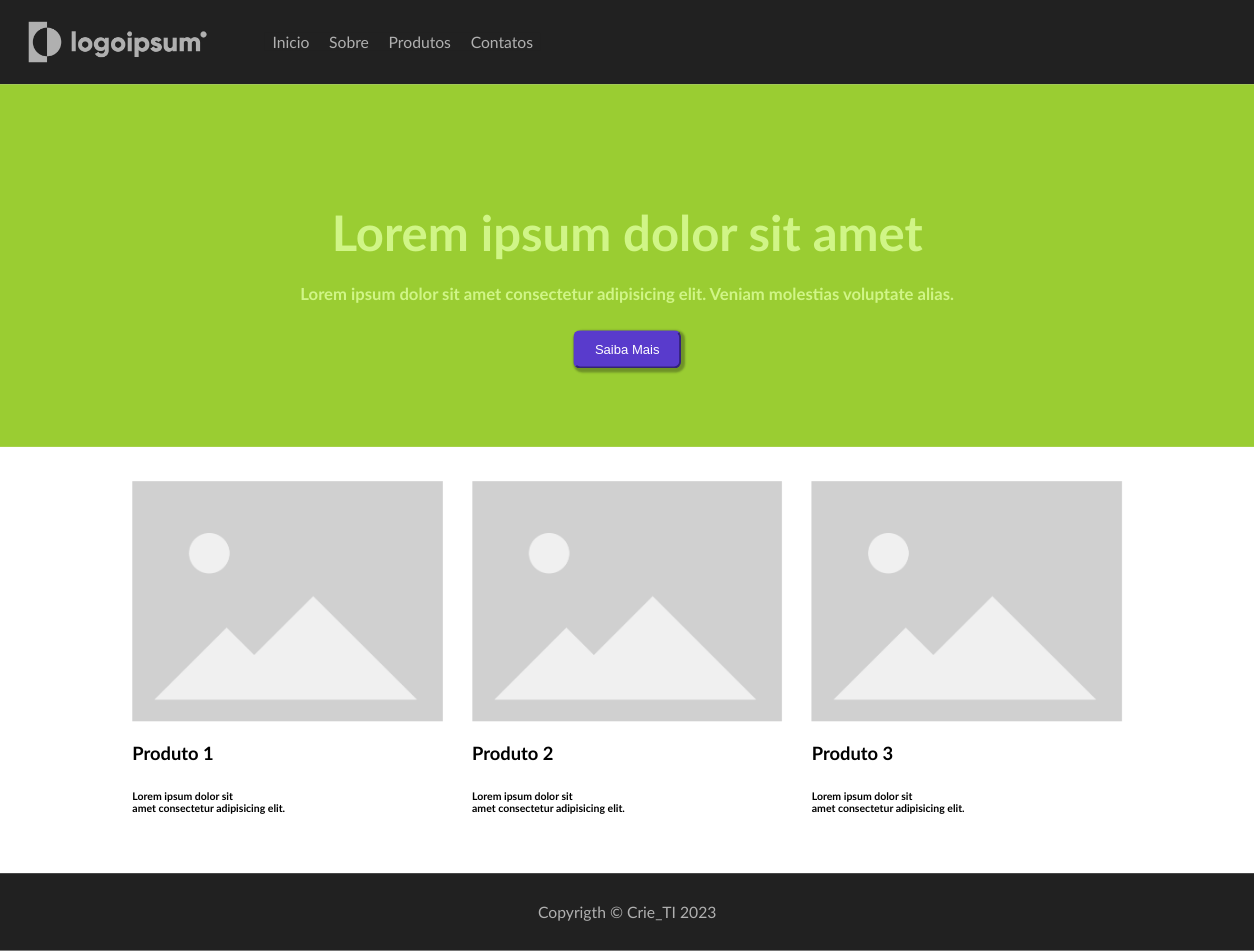
Repository: robsonwssantos/Projeto_Olaria
Page: Exercicios/ex.01/index.html
An editor plug-in stored every save of this project. The page is shown before and after the next save, followed by the edit.
The browser window is 1280 px wide. The pictures show the whole page, at 98% of full size.

Above is the page before, as saved 2023-04-21 13:15:59.

After the next save:
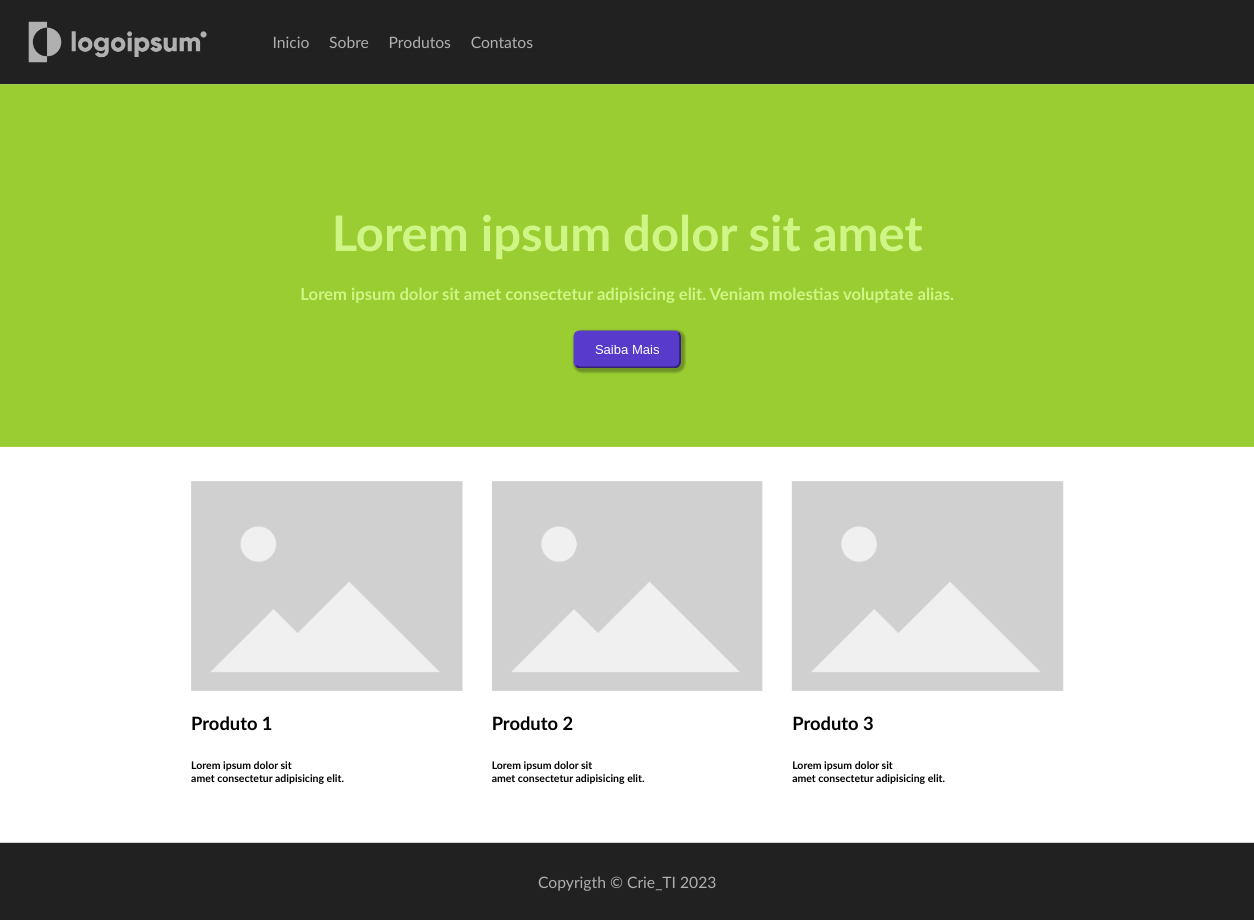
Saved 50 s later.
--- a/Exercicios/ex.01/index.html
+++ b/Exercicios/ex.01/index.html
@@ -77,7 +77,7 @@
 
 
         .container {
-            margin: 20px 120px 20px 120px;
+            margin: 20px 180px 20px 180px;
             display: flex;
             border-top: none;
             padding-top: 0;

After the save that followed:
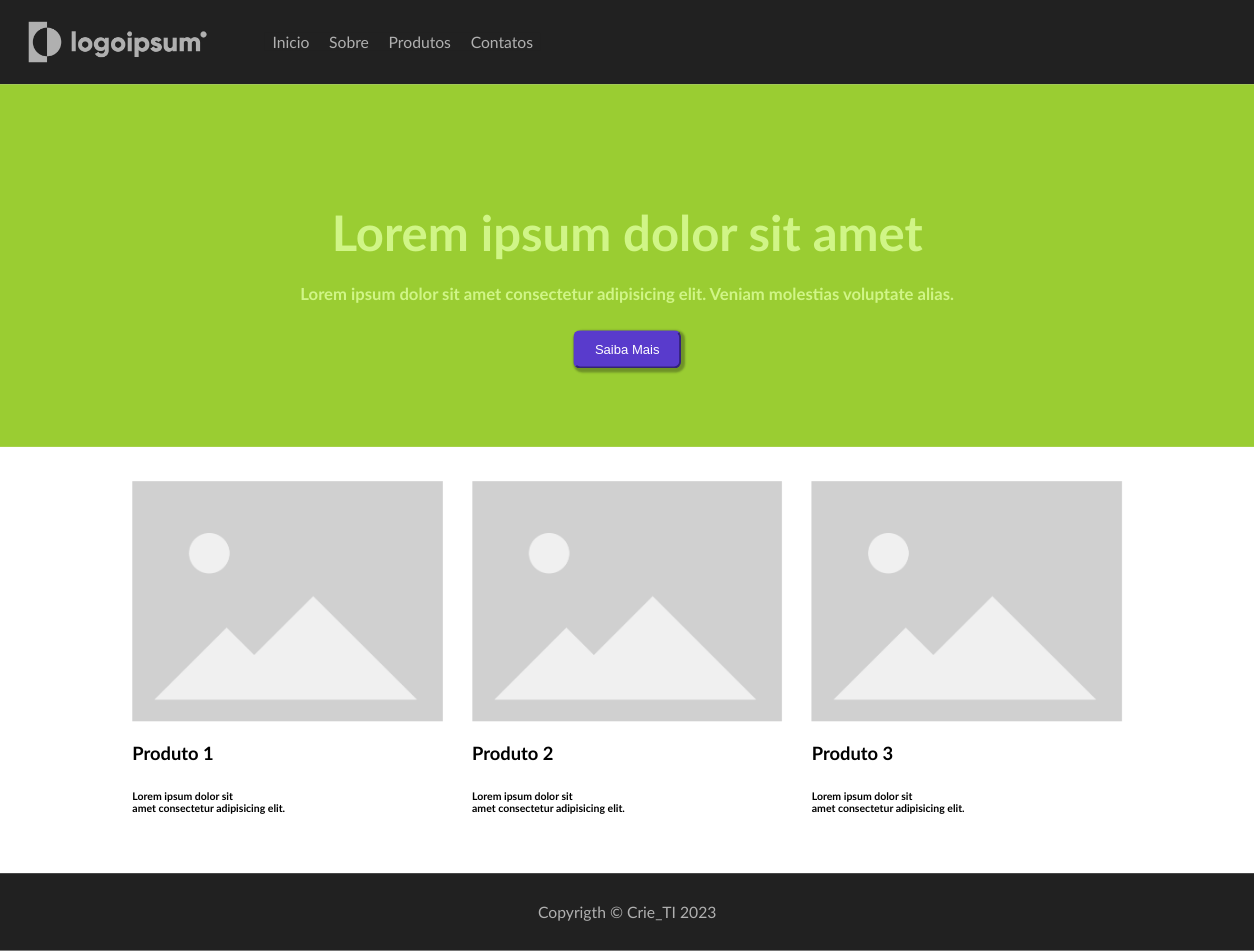
Saved 31 s later.
--- a/Exercicios/ex.01/index.html
+++ b/Exercicios/ex.01/index.html
@@ -77,7 +77,7 @@
 
 
         .container {
-            margin: 20px 180px 20px 180px;
+            margin: 20px 120px 20px 120px;
             display: flex;
             border-top: none;
             padding-top: 0;
